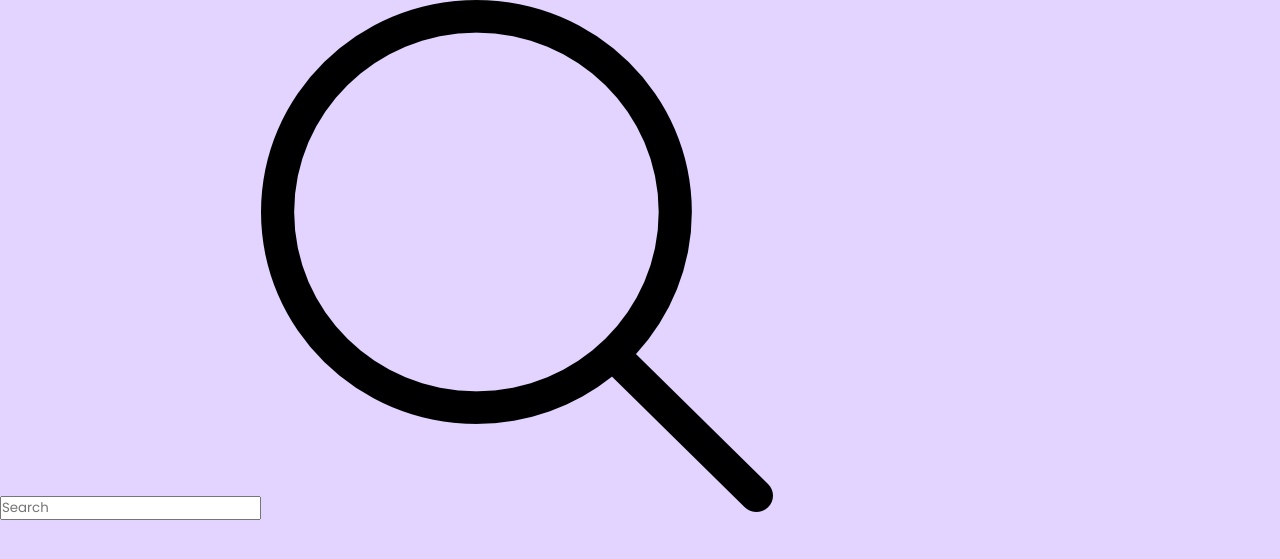
Repository: wakoya-tech/wheather-app
Page: /
An editor plug-in stored every save of this project. The page is shown before and after the next save, followed by the edit.
The browser window is 1280 px wide. The pictures show the whole page.
Some web fonts or font styles are not loaded; a fallback is used. The project was rebuilt for these pictures with package versions that can differ from the ones it lists, and the page was loaded fresh each time. Also part of the build but not shown: vite.config.js, src/Components/Weather.css, src/App.css.

Above is the page before, as saved 2025-10-17 23:16:19.

### index.html
<!DOCTYPE html>
<html lang="en">
  <head>
    <meta charset="UTF-8" />
    <link rel="icon" type="image/svg+xml" href="/vite.svg" />
    <meta name="viewport" content="width=device-width, initial-scale=1.0" />
    <title>Weather App - wakoCode</title>
  </head>
  <body>
    <div id="root"></div>
    <script type="module" src="/src/main.jsx"></script>
  </body>
</html>

### src/App.jsx
import { useState } from 'react'
import Weather from './Components/Weather'
import './App.css'

function App() {
 return(
 <div className='App'>

<Weather/>

 </div>

 )

}

export default App

### src/index.css
@import url('https://fonts.googleapis.com/css2?family=Lato&family=Poppins:ital,wght@0,100;0,200;0,300;0,400;0,500;0,600;0,700;0,800;0,900;1,100;1,200;1,300;1,400;1,500;1,600;1,700;1,800;1,900&family=WDXL+Lubrifont+SC&display=swap');

*{
    margin: 0;
    padding: 0;
    box-sizing: border-box;
    font-family: "poppins",sans-serif;
}
.App {
    min-height: 100vh;
    display: grid;
    background: #e2d4ff;
}

### src/Components/Weather.jsx
import React from 'react'
import './Weather.css'
import search_icon from './assets/Search.png'
function Weather() {
  return (
    <div className='weather'>
    <div className="search-bar">
      <input type="text" placeholder='Search'/>
      <img src={search_icon} alt="" />
      </div>
      </div>
  )
}

export default Weather

Loaded but not shown: src/main.jsx (common file)

After the next save:
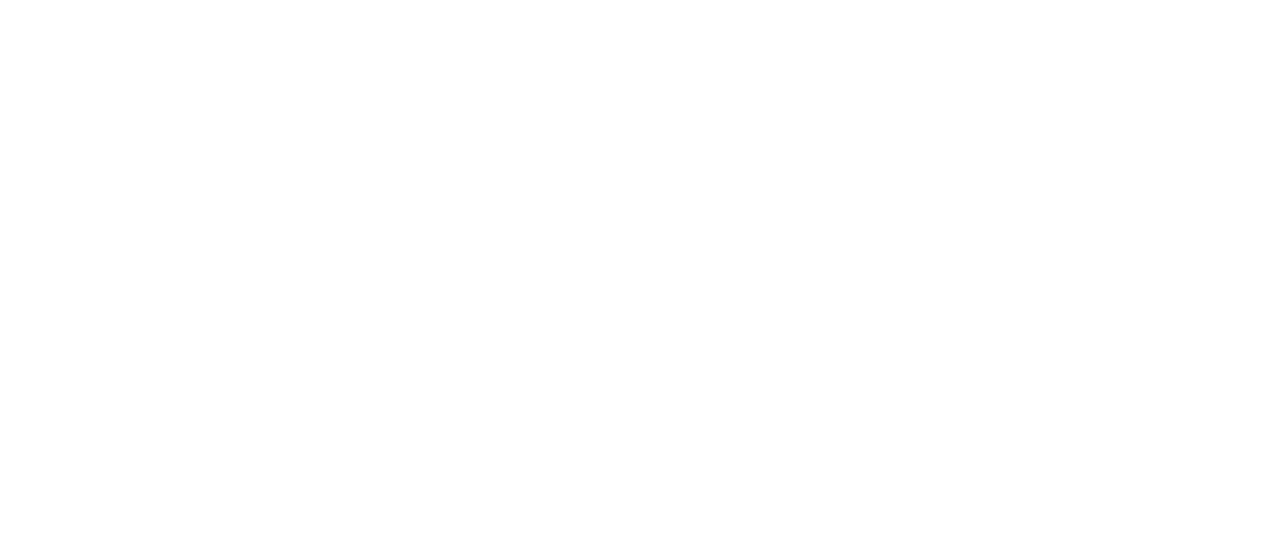
Console error: ReferenceError: search_icon is not defined
Saved 82 s later.
--- a/src/Components/Weather.jsx
+++ b/src/Components/Weather.jsx
@@ -1,6 +1,13 @@
 import React from 'react'
 import './Weather.css'
-import search_icon from './assets/Search.png'
+import rain from './assets/rain.jpg';
+import cloud from './assets/cloud.jpg';
+import clear from './assets/clear.jpg';
+import drizzle from './assets/drizzle.jpg';
+import snow from './assets/snow.jpg';
+import wind from './assets/wind.jpg';
+import humidity from './assets/humidity.jpg';
+
 function Weather() {
   return (
     <div className='weather'>

After the save that followed:
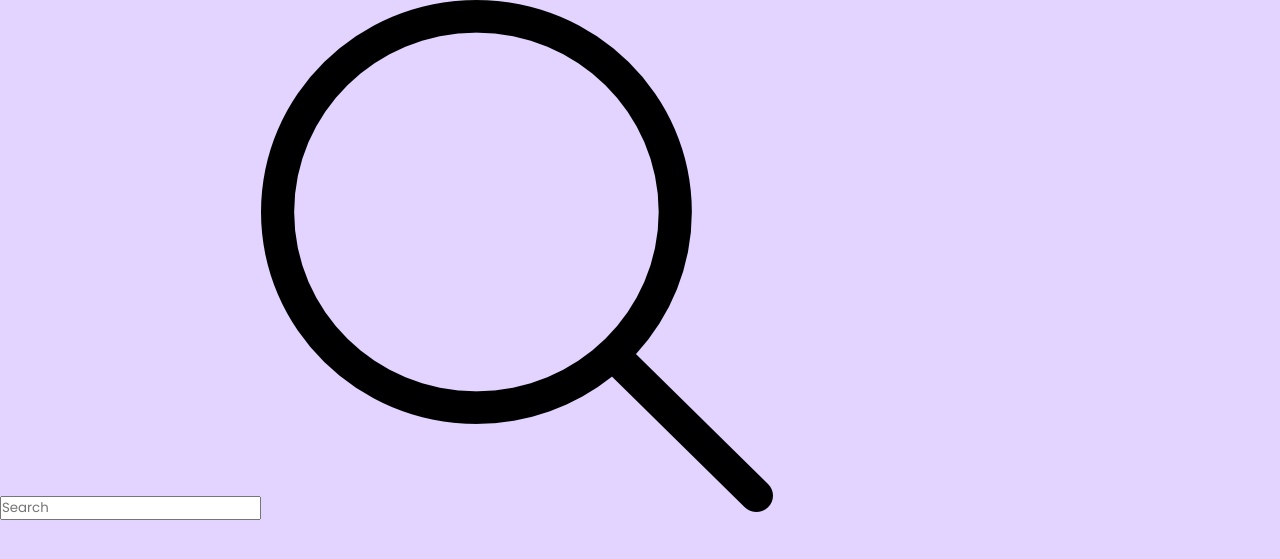
The error is gone.
Saved 65 s later.
--- a/src/Components/Weather.jsx
+++ b/src/Components/Weather.jsx
@@ -1,22 +1,16 @@
-import React from 'react'
-import './Weather.css'
-import rain from './assets/rain.jpg';
-import cloud from './assets/cloud.jpg';
-import clear from './assets/clear.jpg';
-import drizzle from './assets/drizzle.jpg';
-import snow from './assets/snow.jpg';
-import wind from './assets/wind.jpg';
-import humidity from './assets/humidity.jpg';
+import React from 'react';
+import './Weather.css';
+import search_icon from './assets/Search.png';
 
 function Weather() {
   return (
     <div className='weather'>
-    <div className="search-bar">
-      <input type="text" placeholder='Search'/>
-      <img src={search_icon} alt="" />
+      <div className="search-bar">
+        <input type="text" placeholder='Search' />
+        <img src={search_icon} alt="Search" />
       </div>
-      </div>
-  )
+    </div>
+  );
 }
 
-export default Weather
+export default Weather;
